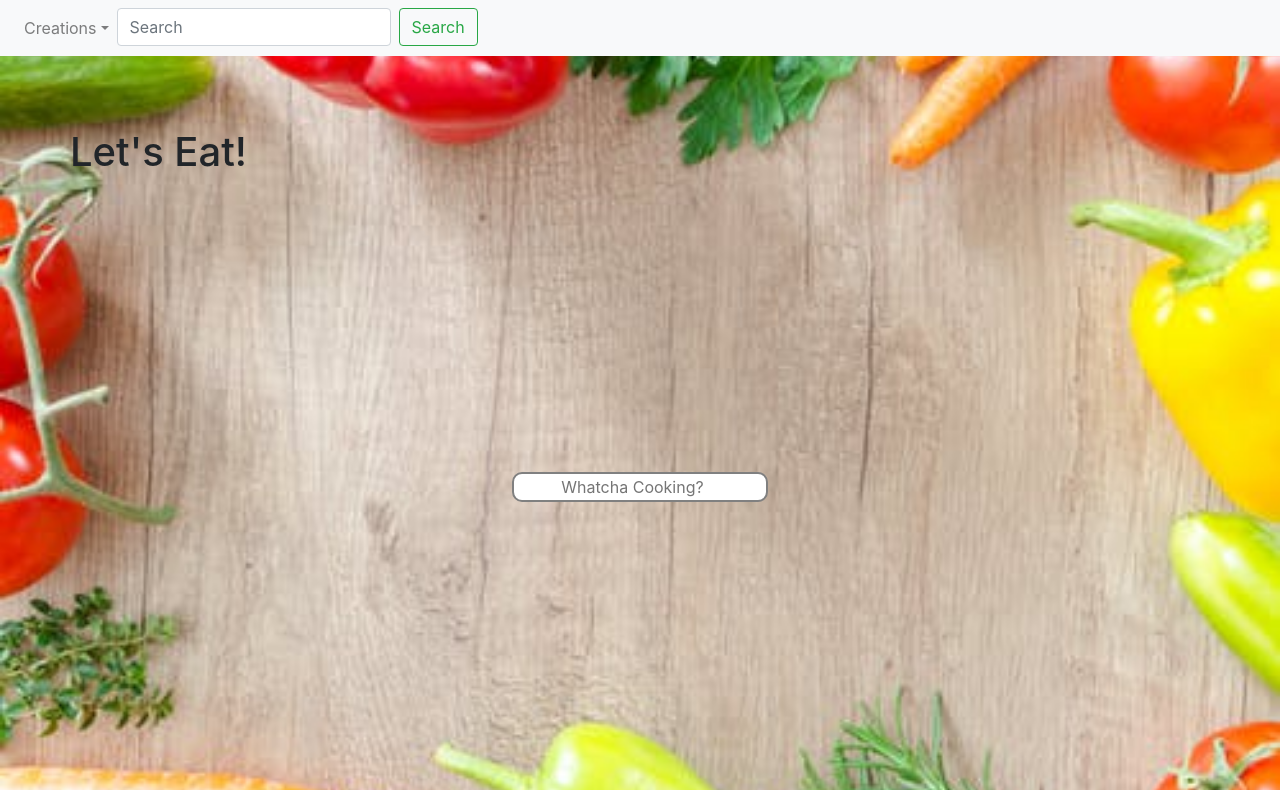
Repository: bandyp/cookBook
Page: index.html
The author's editor kept a record of every edit. The page is drawn from the files as they stood at one moment, then again after the next edit.
The browser window is 1280 px wide. The pictures show the whole page.

Above is the page before.

After the next edit:
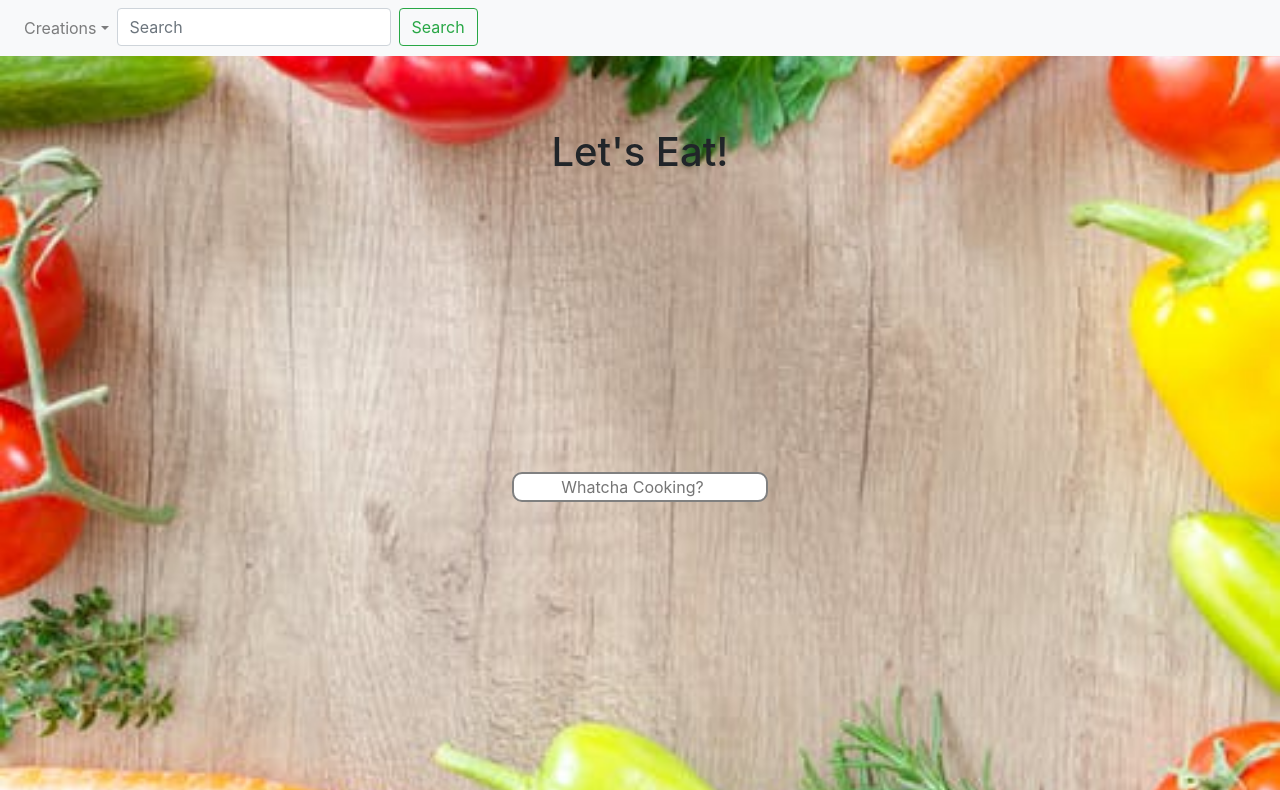
The edit:
--- a/index.html
+++ b/index.html
@@ -43,8 +43,8 @@
     </nav>
     <div class="container">
         <div class="row">
-            <div class="heading">
-            <h1>Let's Eat!</h1>
+            <div class="col heading">
+                <h1>Let's Eat!</h1>
             </div>
         </div>
     </div>
